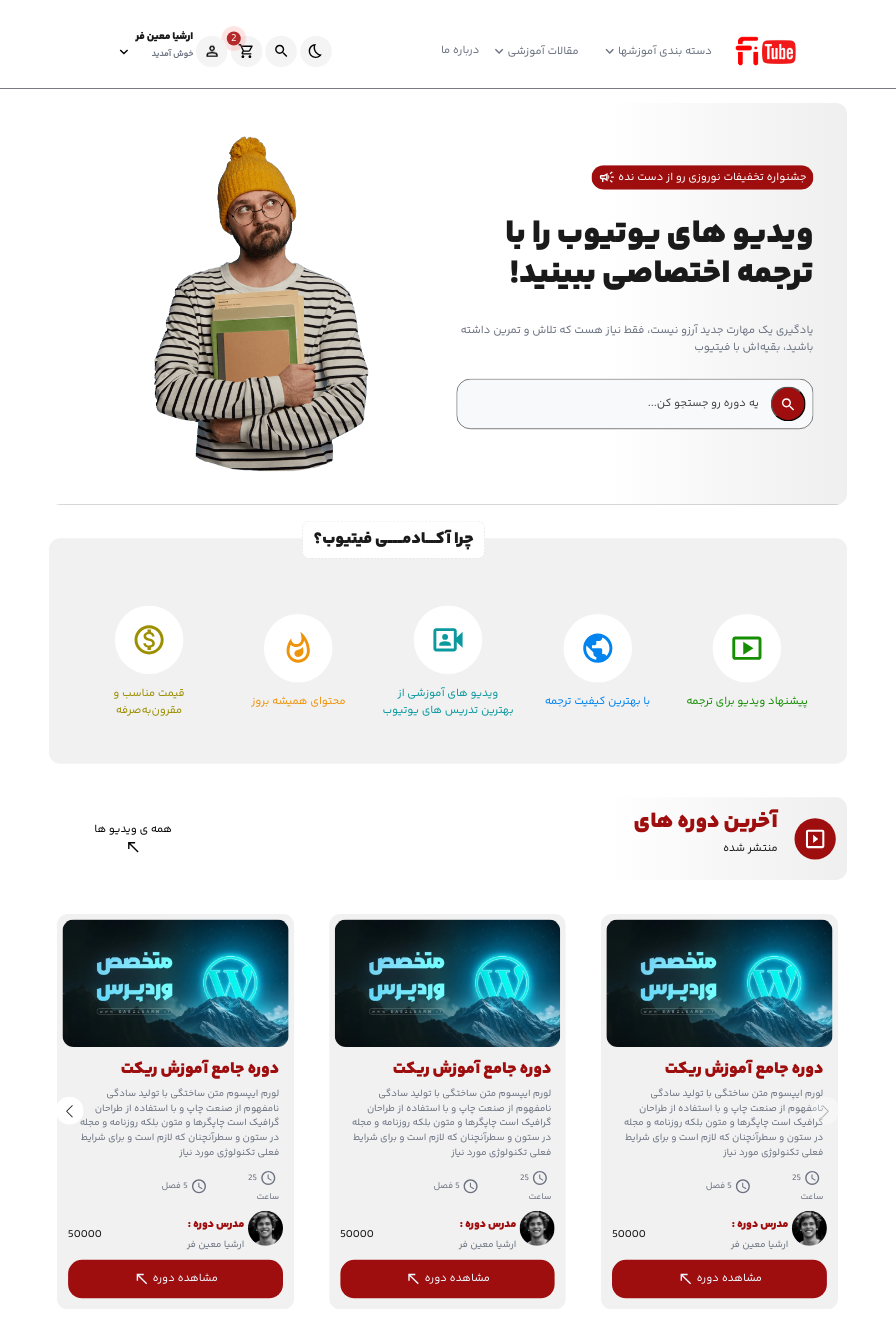
Repository: arshiamoeinfar/fitube
Page: /
An editor plug-in stored every save of this project. The page is shown before and after a run of saves, followed by the edit.
The browser window is 1280 px wide. The pictures show the part of the page from y = 0 to 1920 px (the page is 2951 px tall), at 70% of full size.
The pointer rests on the first visible `._icon_Navbar`.
The project was rebuilt for these pictures with package versions that can differ from the ones it lists, and the page was loaded fresh each time. Also part of the build but not shown: src/components/LandingCounter/LandingCounter.css, src/components/LandingCounter/LandingCounter.js, src/components/BoxHeader/BoxHeader.jsx, src/components/Category/Category.jsx, src/components/CartPermium/CartPremium.jsx, src/components/BuyPremium/BuyPremium.jsx, src/pages/Login/Login.js, src/components/MovieHeader/VideoPlayer.css and 2 more. Imported but missing from the stored project, and not drawn on this page: src/assets/videos/video5972191431412946595.mp4.

Above is the page before, as saved 2025-04-04 12:01:04.

### src/index.css
@font-face {
    font-family: 'YakanBakh';
    src: url("./assets/fonts/YekanBakh-Black.ttf") format('truetype');
}
@font-face {
    font-family: 'YakanBakhMedium';
    src: url("./assets/fonts/YekanBakh-Regular.ttf") format('truetype');
}


:root{
    --bs-font-bold: 'YakanBakh';
    --bs-font-md: 'YakanBakhMedium';
}
* {
  margin: 0;
  padding: 0;
  box-sizing: border-box;
  direction: rtl;
}

html,
body {
  width: 100%;
  height: 100%;
  margin: 0;
  padding: 0;
  background-color: #00000000;
}

### src/components/DarkMode/DarkMode.jsx
import { useState, useEffect } from "react";
import { IconButton } from "@mui/material";
import { Brightness4, Brightness7 } from "@mui/icons-material";
import BedtimeOutlinedIcon from '@mui/icons-material/BedtimeOutlined';
import WbSunnyOutlinedIcon from '@mui/icons-material/WbSunnyOutlined';
import "./DarkMode.css";
const ThemeToggle = () => {
    const [theme, setTheme] = useState(localStorage.getItem("theme") || "light");

    useEffect(() => {
        document.documentElement.setAttribute("data-bs-theme", theme);
        localStorage.setItem("theme", theme);
    }, [theme]);

    return (
        <IconButton onClick={() => setTheme(theme === "light" ? "dark" : "light")} color="inherit">
            {theme === "light" ? <BedtimeOutlinedIcon /> : <WbSunnyOutlinedIcon />}
        </IconButton>
    );
};

export default ThemeToggle;

### src/components/DarkMode/DarkMode.css

#btn-DarkMode {
  background-color: var(--btn-bg-color);
  color: var(--btn-color);
  border-color: var(--btn-border-color);
}

:root[data-bs-theme="dark"] {
    --bs-body-bg: #0d0d0d; /* پس‌زمینه کاملاً تاریک */
    --bs-body-color: #e0e0e0; /* متن خاکستری روشن برای خوانایی */
    --bs-card-bg: #1a1a1a; /* رنگ کارت‌ها */
    --bs-card-border-color: #333; /* رنگ بردر کارت */
    --bs-btn-bg: #ffffff; /* رنگ دکمه‌ها */
    --bs-btn-border-color: #444;
    --bs-btn-hover-bg: #333;
    --bs-link-color: #9acd32; /* رنگ لینک‌ها */
    --bg-utility-navbar: #1b1b21;
    --bs-submenu-bg: #9f0e0e;
    --bs-menu-bg:#fff;
    --bs-main-color: #15151A;
    --bs-main-color2: #111115;
    --bs-back-main-2:#121218;
    --bs-btn-hover: #600707;
    --bs-text-color: #ffffff;
}
:root[data-bs-theme="light"] {
    --bs-body-bg: #ffffff; /* پس‌زمینه کاملاً تاریک */
    --bs-body-color: #1a1a1a; /* متن خاکستری روشن برای خوانایی */
    --bs-card-bg: #1a1a1a; /* رنگ کارت‌ها */
    --bs-card-border-color: #333; /* رنگ بردر کارت */
    --bs-btn-bg: #050404; /* رنگ دکمه‌ها */
    --bs-btn-border-color: #444;
    --bs-btn-hover-bg: #333;
    --bs-link-color: #9acd32; /* رنگ لینک‌ها */
    --bg-utility-navbar: #f4f4f5;
    --bs-submenu-bg: #9f0e0e;
    --bs-menu-bg:#9f0e0e;
    --bs-main-color: #efefef;
    --bs-main-color2: #f4f4f4;
    --bs-back-main-2:#f1f1f1;
    --bs-btn-hover: #600707;
    --bs-text-color: #9f0e0e;
}

### src/components/Header/Header.jsx

import "./Header.css";
import SearchIcon from '@mui/icons-material/Search';
import BoxHeader from "../BoxHeader/BoxHeader";
import main from "./../../assets/images/main.png";
import CampaignOutlinedIcon from '@mui/icons-material/CampaignOutlined';
const AnimatedHeader = () => {
  return (
    <div className="container-fluid  ">
     <div  className="container bg-black rounded-4 p-5 main">

      <div className="row d-flex justify-content-between align-items-center">
        <div className="col-6">
          <div className="header">
            <span id='span-off'>جشنواره تخفیفات نوروزی رو از دست نده <CampaignOutlinedIcon/></span>
            <h1 className="title-main">ویدیو های یوتیوب را با ترجمه اختصاصی ببینید!</h1>
            <p className="text-main">یادگیری یک مهارت جدید آرزو نیست، فقط نیاز هست که تلاش و تمرین داشته باشید، بقیه‌اش با فیتیوب</p>
            <div id="container-input-search" className="input-group mb-3 bg-light">
              <button id="btn-search" className="" type="button">
                <SearchIcon />
              </button>
              <input
              id="input-search"
              type="text" className="form-control " placeholder="یه دوره رو جستجو کن..." />
            </div>
          </div>
        </div>
        <div className="col-6  d-flex justify-content-center align-items-center">
          <img className="img-main-header" src={main} alt="" />
        </div>
      </div>
     </div>
    </div>
  );
};

export default AnimatedHeader;

### src/components/Mostpopular/Most popular.jsx
import React from "react";
import "./Mostpopular.css";
import SlideshowIcon from "@mui/icons-material/Slideshow";
import NorthWestIcon from '@mui/icons-material/NorthWest';
const MostPopular = () => {
  return (
    <div id="container-most" className="container rounded-4 mt-5 p-3">
      <div className="continer-popular  d-flex justify-content-between">
      <div className="row w-100  d-flex justify-content-between align-items-center">
        <div className="col-10 d-flex align-items-center">
          <div className="icon-popular-bac">
            <SlideshowIcon className="icon-popular" fontSize="large" />
          </div>
          <div className="text-poular me-4">
            <h2>آخرین دوره های</h2>
            <p>منتشر شده</p>
          </div>
        </div>
        <div className="col-2">
          <div className="btn-popular">
            <button className="btn-disabled-hover">همه ی ویدیو ها <NorthWestIcon/></button>
          </div>
        </div>
      </div>

      </div>
    </div>
  );
};

export default MostPopular;

### src/components/Navbar/Navbar.css
@font-face {
  font-family: "YakanBakh";
  src: url("../../assets//fonts/YekanBakh-Black.ttf") format("truetype");
}
@font-face {
  font-family: "YakanBakhMedium";
  src: url("../../assets//fonts/YekanBakh-Regular.ttf") format("truetype");
}

#navbar {
  border-bottom: 1px solid #3e424b;
}
#navbar-container {
width: 80%;
}
.logo-navbar {
  width: 90px;
}
#navbar-menus {
  width: 550px;
  display: flex;
  align-items: center;
  justify-content: space-between;
  font-family: var(--bs-font-md);
}
.nav_link {
  width: 100%;
  cursor: pointer;
  color: #6b7280;
}
.nav_link:hover {
  color: var(--bs-menu-bg);
}

.subMenu {
  position: absolute;
  top: 5.5rem;
  background-color:var(--bs-body-bg);
  transition: all 200ms ease-in-out;
  box-shadow: 0 0 10px 0 rgba(0, 0, 0, 0.12);
  border-radius: 0.5rem;
  width: 200px;
  z-index: 10000;
  padding: 1rem;
  border-bottom: 3px solid gray;
  opacity: 0;
  visibility: hidden;
}

.nav_link:hover .subMenu {
  opacity: 1;
  visibility: visible;
  top: 6rem;
}
/* .subMenu {
  width: 100%;
  } */
  .subMenu li {
    display: flex;
    justify-content: space-between;
    align-items: start;
    list-style: none;
    width: 100%;
    margin-bottom: 15px;
  cursor: pointer;
  font-family: var(--bs-font-md);
  color: #6b7280;
}
.subMenu li:hover {
  color: var( --bs-submenu-bg);
}

._icon_Navbar {
  background-color: var( --bg-utility-navbar);
  color: var( --bs-btn-bg);
  padding: 10px;
  width: 45px;
  height: 45px;
  border-radius: 50%;
  cursor: pointer;
  display: flex;
  justify-content: center;
  align-items: center;
  position: relative;
}
.icon-close-searchBox{
  width: 60px;
  height:60px;
  margin-right: 1rem;
  border-radius: 50%;
  display: flex;
  justify-content: center;
  align-items: center;
  background-color: var( --bg-utility-navbar);
  cursor: pointer;
}
.userLoginInfo{
    cursor: pointer;
}

.userLoginInfo h3 {
  font-size: 15px;
  font-family: var(--bs-font-bold);
  color: var( --bs-body-color);
}
.userLoginInfo p {
  font-size: 12px;
  font-weight:bold;
  font-family: var(--bs-font-md);
  color: #6b7280;
}
.userLoginArrow{
    color: var(--bs-btn-bg);
}

.number_product{
    width: 20px;
    height: 20px;
    border-radius: 50%;
    position: absolute;
    display: flex;
    justify-content: center;
    align-items: center;
    color: white;
    background-color: var(--bs-submenu-bg);
    top: -6px;
    left: -6px;
    font-family: var(--bs-font-md);
}

@keyframes ping {
  0% {
    transform: scale(1);
    opacity: 1;
  }
  100% {
    transform: scale(2);
    opacity: 0;
  }
}

.ping-effect {
  position: absolute;
  display: inline-flex;
  width: 20px;
  height: 20px;
  background-color: rgb(251, 134, 134); /* معادل bg-primary */
  opacity: 0.75;
  border-radius: 50%;
  animation: ping 1s infinite ease-out;
}

### src/components/Header/Header.css
.container-fluid{
  margin-top: 20px;
}
.main {
  background: linear-gradient(
    to right,
    var(--bs-body-bg) 0%,
    var(--bs-body-bg) 40%,
    var(--bs-body-bg) 70%,
    var(--bs-main-color2) 90%,
    var(--bs-main-color) 100%
  );
}
#span-off {
  background-color: var(--bs-submenu-bg);
  font-family: var(--bs-font-md);
  border-radius: 20px;
  padding: 5px 10px;
  color: white;
  animation: breathEffect 3s infinite ease-in-out;
}
@keyframes breathEffect {
  0% {
    transform: scale(1);
    opacity: 0.5;
  }
  50% {
    transform: scale(1.5);
    opacity: 1;
  }
  100% {
    transform: scale(2);
    opacity: 0.5;
  }
}
.title-main {
  font-family: var(--bs-font-bold);
  margin: 2.5rem 0;
  font-size: 3rem;
}
.text-main {
  font-family: var(--bs-font-md);
  color: #6b7280;
  font-size: 1rem;
  margin-bottom: 2rem;
}
#container-input-search {
  padding: 10px;
  border-radius: 20px;
  border: 1px solid var(--bs-btn-border-color);
}
#btn-search {
  width: 50px;
  height: 50px;
  border-radius: 50%;
  margin: auto;
  background-color: var(--bs-submenu-bg);
  color: #ffffff;
}
#input-search {
  font-family: var(--bs-font-md);
  font-size: 16px;
  color: #6b7280;
  background-color: transparent;
  border: none;
  margin-right: 5px;
}
.form-control:focus,
input:focus {
  outline: none !important;
  box-shadow: none !important;
}
#input-search::placeholder {
  font-size: 16px;
  font-family: var(--bs-font-md);
  color: var(--bs-btn-border-color);
}
.img-main-header {
  width: 60%;
}

### src/components/Category/Category.css
@font-face {
 font-family: "YekanBakh";
 src: url("./../../assets/fonts/YekanBakh-ExtraBlack.ttf");
}
@font-face {
    font-family: "YekanBakhRegular";
    src: url("./../../assets/fonts/YekanBakh-Bold.ttf");
  }
  @font-face {
    font-family: "YekanBakhMedium";
    src: url("./../../assets/fonts/YekanBakh-SemiBold.ttf");
  }
#container{
  /* margin-top: -30rem; */
}

#title{
    font-size: 3rem;
    color: #ffffff;
    font-family: "YekanBakh";
}

#title-category{
    font-family: "YekanBakhRegular";
    font-size:1.3rem;
}
#btn-category{
    border: none;
    color: #ffffff;
    padding: 1rem;
    font-family: "YekanBakhMedium";
}

  /* تغییر رنگ آیکون فلش */
  .swiper-button-next::after,
  .swiper-button-prev::after {
    color: rgb(255, 255, 255); /* رنگ فلش */
    font-size: 18px; /* اندازه فلش */
  }

  /* تغییر استایل هنگام هاور */
  .swiper-button-next:hover,
  .swiper-button-prev:hover {
    background-color: rgba(255, 255, 255, 0.8);
  }

  /* استایل دکمه‌های غیرفعال (موقعی که به آخر اسلاید برسیم) */
  .swiper-button-disabled {
    opacity: 0.3;
    pointer-events: none;
  }

  /* مخفی کردن دکمه‌ها در موبایل */
  @media (max-width: 768px) {
    .swiper-button-next, .swiper-button-prev {
      display: none;
    }
  }
  .swiper-pagination {
    bottom: 10px !important; /* مقدار را بیشتر یا کمتر کن تا تنظیم شود */
    z-index: 1000;
    position: absolute;
  }
  .swiper-pagination-bullet{
    background-color: #f16969;
    opacity: 0.5;
  }
  .swiper-pagination-bullet-active{
    background-color: #ff0000;
    opacity: 1;
  }

### src/components/Mostpopular/Mostpopular.css

#container-most {
  background: linear-gradient(
    to right,
    var(--bs-body-bg) 0%,
    var(--bs-body-bg) 40%,
    var(--bs-body-bg) 70%,
    var(--bs-main-color2) 90%,
    var(--bs-main-color) 100%
  );

}

.icon-popular-bac{
  padding: 12px;
  border-radius: 50%;
  background-color: #9f0e0e;
}
.icon-popular{
  color: white;
}
.text-poular h2{
  font-family: var(--bs-font-bold);
  color: #9f0e0e;
}
.text-poular p{
  font-family: var(--bs-font-md);
  color: var( --bs-body-color);
}

.text-poular{
  margin-right: 10px;
}

.btn-popular button{
  color: var( --bs-btn-bg);
  background-color: var(--bs-body-bg);
  padding: 10px 13px;
  border-radius: 30px;
  font-family: var(--bs-font-md);
  border: none;
  transition: all 0.3s ease;
}
.btn-popular button:hover{
color: #9f0e0e;
background-color: var(--bs-body-bg);
}

### src/components/CartPermium/CartPremium.css
@font-face {
  font-family: "YakanBakh";
  src: url("../../assets/fonts/YekanBakh-Black.ttf");
}

#container_card {
    width: 100%;
    height: 100%;
    background: linear-gradient(
        to right,
    rgb(189, 2, 2),
    rgba(55, 3, 3, 0.97),
    rgba(44, 8, 8, 0.91),
    rgba(72, 16, 16, 0.799)
    );
    position: relative;
    top: 8rem;
}

.container_card {
  width: 100%;
  height: 100%;
}
#text_card_premium {
  font-size: 2.5rem;
  color: #ffffff;
  font-family: "YakanBakh";
}

### src/components/BuyPremium/BuyPremium.css
@font-face {
  font-family: "YakanBakh";
  src: url("../../assets/fonts/YekanBakh-Black.ttf");
}
@font-face {
  font-family: "YakanBakhMedium";
  src: url("../../assets/fonts/YekanBakh-Regular.ttf");
}

#container {
  margin-top: 10rem;
}

#container_card_buy {
  width: 100%;
  height: 100%;
  background: linear-gradient(
    to right,
    rgba(15, 15, 15, 1),
    rgba(52, 20, 20, 0.97),
    rgba(58, 24, 24, 0.91),
    rgba(232, 8, 8, 0.56)
  );
}

#text_title_card_buy{
    font-size: 2.5rem;
    color: #ffffff;
    font-family: "YakanBakh";
    margin-bottom: 1rem;
}

#text_card_buy{
    font-size: 1rem;
    color: #ffffff;
    font-family: "YakanBakhMedium";
}


#button_card_buy{
    font-size: 1.1rem;
    color: #ffffff;
    font-family: "YakanBakhMedium";
}

### src/components/Footer/Footer.css
@font-face {
    font-family: "YakanBakh";
    src: url("../../assets/fonts/YekanBakh-Black.ttf");
  }
  @font-face {
    font-family: "YakanBakhMedium";
    src: url("../../assets/fonts/YekanBakh-Regular.ttf");
  }

#footer{
    padding-top: 10rem;

}
.logo-footer{
    width: 100px;
}
.contact-us-section{
    background-color: var(--bs-back-main-2);
}
.icon-contact{
    width: 60px;
    height:60px;
    margin-left: 1rem;
    border-radius: 50%;
    display: flex;
    justify-content: center;
    align-items: center;
    background-color: var( --bg-utility-navbar);
}
.icon-contact-us{
    width: 60px;
    height:60px;
    margin-left: 1rem;
    border-radius: 50%;
    display: flex;
    justify-content: center;
    align-items: center;
    background-color: var( --bg-utility-navbar);
}
.contact-us-title{
    font-family: var(--bs-font-bold);
    font-size: 1.2rem;
    color: var(--bs-body-color);
}
.contact-us-text{
    font-family: var(--bs-font-md);
    color:#6b7280;
}
.contact-text{
    font-family: var(--bs-font-md);
    font-size: 1rem;
    color: rgb(196, 196, 196);
}
.contact-text h5{
    font-family: var(--bs-font-bold);
    font-size: 1.2rem;
    color: #9f0e0e;
}
.contact-text p{
    font-family: var(--bs-font-md);
    font-size: 0.9rem;
    color: var(--bs-body-color);
}
.footer-title{
    font-family: var(--bs-font-bold);
    font-size: 1.5rem;
}
.footer-title p{
    font-family: var(--bs-font-bold);
    font-size: 1.5rem;
}

.footer-text{
    font-family: "YakanBakhMedium";
    font-size: 1rem;
    text-decoration: none;
    cursor: pointer;
    color: #6b7280;
    transition: all 0.3s ease;
}

.footer-text:hover{
    color: var(--bs-btn-hover);
}
.links-help{
width: fit-content;
height:240px;
line-height: 2;
}
.contact-email{
    font-family: var(--bs-font-md);
    font-size: 15px;
    color: #6b7280;
    text-decoration: none;
    cursor: pointer;
    transition: all 0.3s ease;
    padding: 15px 20px;
    border-radius: 10px;
    width: 80%;
    background-color: var(--bg-utility-navbar);
}
.footer-title{
    color: var( --bs-body-color);
}
.contact-email input{
    width: 80%;
    border: none;
    outline: none;
    margin-right: 10px;
    background: none;
    color: #6b7280;
}
.btn-contact-us-email{
    padding: 5px 15px;
    margin-right: 10px;
    border-radius: 10px;
    font-family: var(--bs-font-md);
    font-size: 13px;
    cursor: pointer;
    transition: all 0.3s ease;
    background-color: #9f0e0e;
    border: none;
    color: white;
}
.btn-contact-us-email:hover{
    background-color: #600707;
}
.icon-contact{
    cursor: pointer;
}
#footer-copy-right{
    font-family: var(--bs-font-md);
    font-size: 0.8rem;
    color: #6b7280;
    text-align: center;
    background-color: none;
}

### src/components/WayUs/Wayus.css
.title {
  font-family: var(--bs-font-bold);
  background-color: var(--bs-body-bg);
  font-size: 1.5rem;
  border: 1px dashed #e3e3e3;
  width: fit-content;
  margin: auto;
  padding: 8px 15px;
  border-radius: 10px;
  position: absolute;
  transform: translate(-180%, -135%);
}
.features {
  animation: breathEffect 3s infinite ease-in-out;
}
#container-way-us {
  background-color: var(--bs-back-main-2);
}
@keyframes breathEffect {
  0% {
    opacity: 0.6;
  }
  50% {
    opacity: 1;
  }
  100% {
    opacity: 0.6;
  }
}
.circle {
  background-color: var(--bs-body-bg);
}
.circle-1 {
  color: #0b999e;
}
.circle-3 {
  color: #0184ef;
}
.circle-2 {
  color: #158e00;
}
.circle-4 {
  color: #ef940a;
}
.circle-5 {
  color: #9c8f00;
}
.text-WayUs {
  font-family: var(--bs-font-md);
  margin-top: 1rem;
}

### src/components/BoxCourses/BoxCourses.css

.container-box-courses{
    background-color: var(--bs-back-main-2);
      border-radius: 1rem;
}
.swiper-button-prev{
    background-color: var(--bs-body-bg);
    padding: 10px;
    width: 40px;
    height: 40px;
    border-radius: 50%;
    transition: all 0.3s ease;
}
.swiper-button-next{
    background-color: var(--bs-body-bg);
    padding: 10px;
    width: 40px;
    height: 40px;
    border-radius: 50%;
    transition: all 0.3s ease;
}
.swiper-button-next::after ,
.swiper-button-prev::after{
    color: var( --bs-body-color);
}
.swiper-button-next:hover ,
.swiper-button-prev:hover{
    background-color: var(--bs-body-bg);
}
.img-courses img{
    width: 300px;
    cursor: pointer;
}
.info-box-courses{
    cursor: pointer;
}
.info-box-courses h3{
    font-family: var(--bs-font-bold);
    margin: 10px 5px;
    font-size: 1.5rem;
color: var(    --bs-text-color);
}
.info-box-courses p{
    font-family: var(--bs-font-md);
    margin: 10px 5px;
    color: #6b7280;
    font-size: 14px;
}
.date-score-season{
    display: flex;
    justify-content: start;
    margin: 10px 5px;
}
.date-score-season span{
    font-family: var(--bs-font-md);
    font-size: 0.8rem;
    color: #6b7280;
}

.img-course img{
    width: 50px;
}
.info-teacher-course{
    width: 100%;

}
.info-teacher-course span{
    font-family: var(--bs-font-md);
}
.info-teacher h3{
font-size: 1rem;
}
.btn-courses{
    font-family: var(--bs-font-md);
    background-color: #6666;
    padding: 15px 10px;
    border-radius: 20px;
    border: none;
    background-color: var(--bs-submenu-bg);
    color: aliceblue;
    transition: all 0.3s ease;
}
.btn-courses:hover{
    background-color: #600707;
}

### src/components/Comments/Comments.css
/* .container-commment{
    height: 800px;
} */
.logo-comment {
  background-color: #9f0e0e;
  padding: 12px;
  width: 60px;
  height: 60px;
  border-radius: 50%;
}
.icon-comments {
  color: #fff;
}
.title-comment h3 {
  font-family: var(--bs-font-bold);
  color: #9f0e0e;;
}
.title-comment p {
  font-family: var(--bs-font-md);
  color: #6b7280;
}
.box-comments {
  background-color: var(--bs-back-main-2);
}
.box-comment-texts {
  font-family: var(--bs-font-md);
  color: #6b7280;
}
.customer-name {
  font-family: var(--bs-font-bold);
  color: var(--bs-text-color);
}
.customer-course {
  font-family: var(--bs-font-md);
  color: #6b7280;
}
.img-comment-customer {
  width: 50px;
  height: 50px;
  border-radius: 50%;
}

### src/components/BoxHeader/BoxHeader.css

@font-face {
    font-family: "YekanBakh";
    src: url("../../assets/fonts/YekanBakh-ExtraBold.ttf");
}

#boxHeader{
    border-radius: 10px;
    width:fit-content;
    height: fit-content;
    display: flex;
    justify-content: center;
    align-items: center;
    position: absolute;
    top: 50%;
    left: 50%;
    transform: translate(-50%, 20%);
}

.box-header-item{
    width: 200px;
    height: 200px;
    border-radius: 10px;
    display: flex;
    justify-content: center;
    align-items: center;
    flex-direction: column;
    text-align: center;
    color: black;
    font-family: "YekanBakh";
}

.landing-status__text{
    font-size: 20px;
    font-weight: 500;
    color: #898989;
}

Loaded but not shown: public/index.html (common file); src/index.js (common file); public/manifest.json (common file); src/pages/Index/Index.js (24 lines, source omitted); src/App.js (19 lines, source omitted); src/routes.js (9 lines, source omitted); src/components/BoxCourses/BoxCourses.jsx (256 lines, source omitted); src/components/Navbar/Navbar.jsx (180 lines, source omitted); src/components/Footer/Footer.jsx (150 lines, source omitted); src/components/Comments/Comments.jsx (85 lines, source omitted); src/components/WayUs/Wayus.jsx (66 lines, source omitted)

After the next 3 saves:
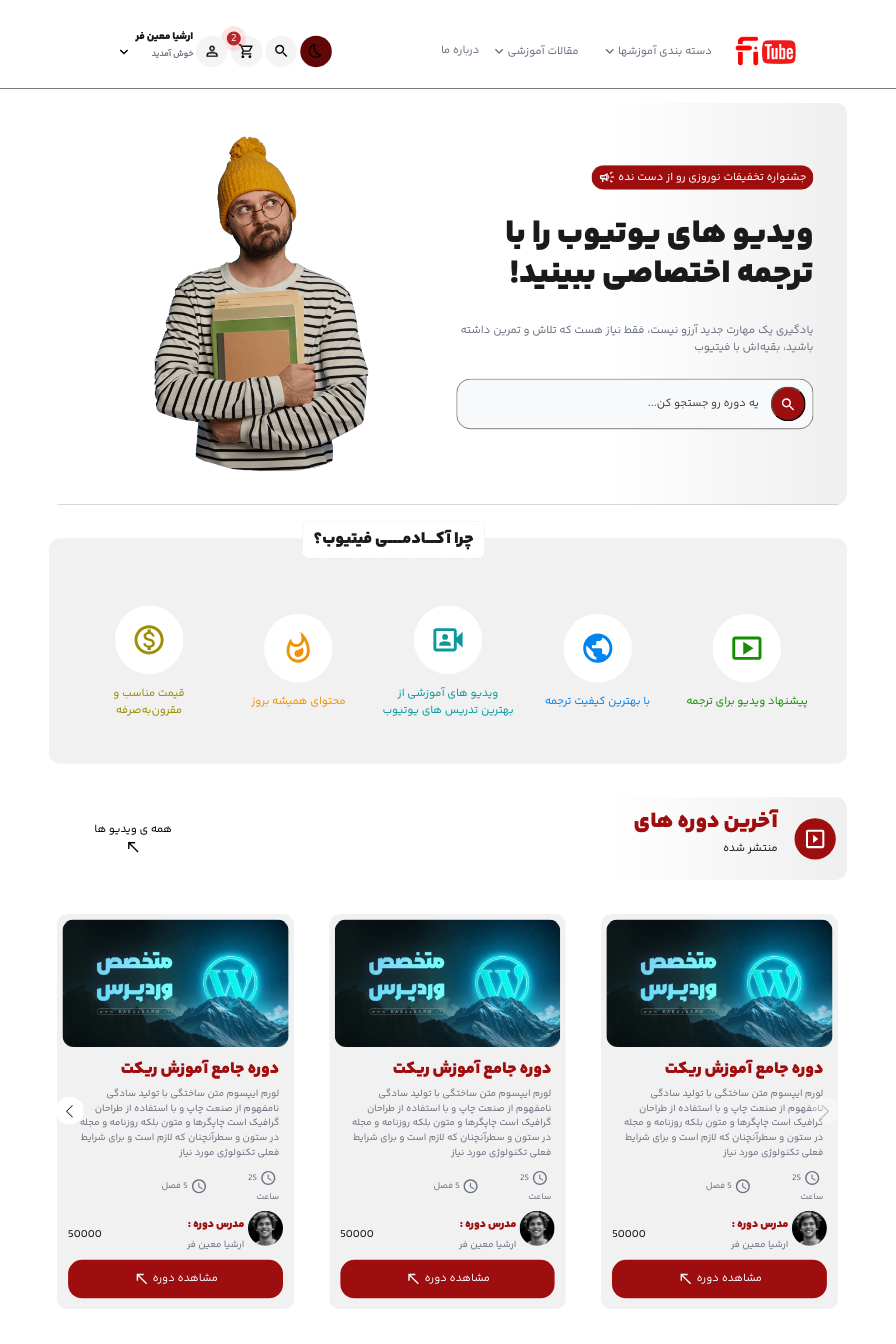
The 3 saves are shown as one change because they came seconds apart.
The last was saved 59 s later.
--- a/src/components/Navbar/Navbar.css
+++ b/src/components/Navbar/Navbar.css
@@ -83,6 +83,13 @@ width: 80%;
   align-items: center;
   position: relative;
 }
+._icon_Navbar:hover {
+  background-color: var(--bs-btn-hover);
+  color: var(--bs-btn-bg);
+}
+._icon_Navbar:hover .ping-effect {
+  animation: ping 1s infinite ease-out;
+}
 .icon-close-searchBox{
   width: 60px;
   height:60px;
